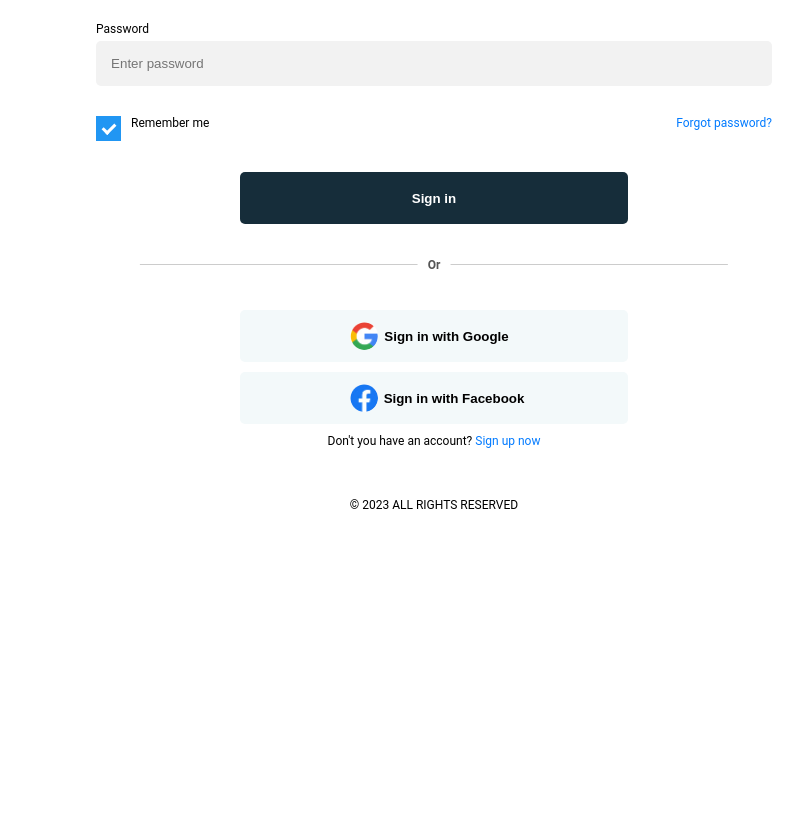
Repository: dinhtanloc/hw_web_development
Page: hw2-login-page/login.html
These files come from the project's save history. The page is drawn as it stood at one moment and after the next save; the edit follows.
The browser window is 768 px wide. The page is 795 px wide, so the pictures cover 795 px, including what lies to the right of the window. The pictures show the whole page.

Above is the page before, as saved 2024-03-13 22:10:37.

### hw2-login-page/login.html
<!DOCTYPE html>
<html lang="en">
<head>
    <meta charset="UTF-8">
    <meta name="viewport" content="width=device-width, initial-scale=1.0">
    <link rel="stylesheet" href="https://fonts.googleapis.com/css2?family=Material+Symbols+Outlined:opsz,wght,FILL,GRAD@24,400,0,0" />
    <title>Dinh Tan Loc-31221020226</title>
    <link href="style.css" rel="stylesheet" />
</head>
<body>
    <div class="container">
        <div class="left-part">
            <div class="left-part-container">
                <div style=" width: 100%; height: 50%;">

                    <h1 style="margin-top: 30px;">Welcome Back
                        <span class="material-symbols-outlined">
                            waving_hand
                            </span>

                    </h1>
                    <p style ="margin-top: 30px;">Today is a new day. It's your day. You shape it. Sign in to start managing your project</p>
                    <div style="display: flex; flex-direction: column;">
                        <span>Email</span>
                        <input class="input-field" placeholder="Email or phone number"/>
                    </div>
                    <div style="margin-top:30px ;display: flex; flex-direction: column;">
                        <span>Password</span>
                        <input class="input-field" placeholder="Enter password" />
                    </div>
                    <div style="margin-top:30px; display: flex; justify-content: space-between;">

                        <label class="radio-container">Remember me
                            <input type="checkbox" checked="checked">
                            <span class="checkmark"></span>
                          </label>
                        <a>
                            Forgot password?
                        </a>

                    </div>

                    <button  class="sign-in-btn">Sign in</button>

                    <div class="centered">
                        <div class="line-or">
                            <div class="line"></div>
                            <div class="text">Or</div>
                            <div class="line"></div>
                        </div>
                    </div>


                    <button style="margin-top: 45px; position: relative;" class="google-login">
                        <img style="position: absolute; top: 50%; left: 110px; transform: translateY(-50%); width: 28px; height: 28px;" src="images/google.png" alt="">
                        <span style="margin-left: 25px;">Sign in with Google</span>
                    </button>

                    <button style="margin-top: 10px; position:relative;" class="facebook-login">
                        <img style="position: absolute; top: 50%; left: 110px; transform: translateY(-50%); width: 28px; height: 28px;" src="images/facebook.jpg" alt="">
                        <span style="margin-left: 40px;">Sign in with Facebook</span>

                    </button>
                    <div style="text-align: center; margin-top:10px;margin-bottom: 50px; position: relative;">
                        Don't you have an account?
                        <a>Sign up now</a>
                    </div>
                    <div  class="left-footer" >
                        <div>
                            © 2023 ALL RIGHTS RESERVED

                        </div>
                </div>

                </div>
            </div>
        </div>
        <div class="right-part">
            <img src="./images/background.jpg" />
        </div>


    </div>

</body>
</html>

### hw2-login-page/style.css
body{
    font-family: "Roboto", sans-serif;
}
.container{
    display: grid;
    grid-template-columns: 1fr 1fr; /* Tạo hai cột có kích thước bằng nhau */
    justify-items: center; /* Canh giữa các phần tử theo chiều ngang */
    align-items: center; /* Canh giữa các phần tử theo chiều dọc */
    height: 100vh; /* Chiều cao của container */


}



img {
    width: 100%;
    height: 100vh;
    border-radius: 30px;
}
.left-part{
    top: -220px;
    left: 50px;
    position: relative;
    display: flex;
    justify-content: center; /* Canh giữa theo chiều ngang */
    align-items: center; /* Canh giữa theo chiều dọc */
    background-color: white;
    width: 30vw;
    height: 50vh;
    /* display: block; */
}
.right-part{
    background-color: ffff;
    width: 43vw;
    height: 100%;
    justify-content: center;
    /* align-items: left;  */
    /* display: block; */
}

button {
    margin: auto;

}

.google-login, .facebook-login {
    align-items: center; /* Canh giữa theo chiều dọc */
}


.sign-in-btn,.google-login,.facebook-login{
    width: 388px;
    height:52px;
}

.left-part-container{
    padding: 3vw;
    width: 100%;
    height: 88%;
    display: flex;
    flex-direction: column;
    justify-content: space-between;
}


.left-footer{
    display: flex;
    /* justify-content: space-between; */
    justify-content: center;
    align-items: center;
    width: 100%
}

.input-field{
    background-color: #F2F2F2;
    border: 0;
    padding: 15px;
    border-radius: 5px;
    margin-top: 5px;
}
.sign-in-btn{
    background-color: #162D3A;
    border: 0;
    border-radius: 5px;
    padding: 15px;
    color: white;
    display: block;
    font-weight: bold;
    margin-top:30px;
}

 .centered {
  width: 90%;
  margin-top: 40px;
  position: relative;
  left: 50%;

  transform: translateX(-50%);
}

.line-or {
  display: flex;
  align-items: center;
}


.text {
  padding: 0 10px;
  color: #555;
  font-weight: bold;
}


.line {
  flex: 1;
  /* width: 50%; */
  border: none;
  border-top: 1px solid #ccc;
  margin: 0 10px;

}


.text {
  font-weight: bold;
  position: absolute;
  top: 50%;
  left: 50%;
  transform: translate(-50%, -50%);
  background-color: white;
  padding: 5px 10px;
}


span{
    color: #000;
}


.google-login{
    background-color: #F3F9FA;
    border: 0;
    border-radius: 5px;
    padding: 15px;
    color: white;
    display: block;
    font-weight: bold;
    margin-top:30px;
}

.facebook-login{
    background-color: #F3F9FA;
    border: 0;
    border-radius: 5px;
    padding: 15px;
    color: white;
    display: block;
    font-weight: bold;
    margin-top:30px
}

a{
    color: #007AFF;
}

.radio-container {
    display: block;
    position: relative;
    padding-left: 35px;
    margin-bottom: 12px;
    cursor: pointer;
    -webkit-user-select: none;
    -moz-user-select: none;
    -ms-user-select: none;
    user-select: none;
  }

  /* Hide the browser's default checkbox */
  .radio-container input {
    position: absolute;
    opacity: 0;
    cursor: pointer;
    height: 0;
    width: 0;
  }

  /* Create a custom checkbox */
  .checkmark {
    position: absolute;
    top: 0;
    left: 0;
    height: 25px;
    width: 25px;
    background-color: #eee;
  }

  /* On mouse-over, add a grey background color */
  .radio-container:hover input ~ .checkmark {
    background-color: #ccc;
  }

  /* When the checkbox is checked, add a blue background */
  .radio-container input:checked ~ .checkmark {
    background-color: #2196F3;
  }

  /* Create the checkmark/indicator (hidden when not checked) */
  .checkmark:after {
    content: "";
    position: absolute;
    display: none;
  }

  /* Show the checkmark when checked */
  .radio-container input:checked ~ .checkmark:after {
    display: block;
  }

  /* Style the checkmark/indicator */
  .radio-container .checkmark:after {
    left: 9px;
    top: 5px;
    width: 5px;
    height: 10px;
    border: solid white;
    border-width: 0 3px 3px 0;
    -webkit-transform: rotate(45deg);
    -ms-transform: rotate(45deg);
    transform: rotate(45deg);
  }


  @media screen and (max-width: 1200px) {
    .right-part{
        visibility: hidden;
        width: 0px;
        height: 0px;
    }
    .container{
        display: block;
    }
    .left-part{
        width: 94vw;
        font-size: 2.5vh
    }
  }

  @media screen and (max-width: 844px) {
    .right-part{
        visibility: hidden;
        width: 0px;
        height: 0px;
    }
    .container{
        display: block;
    }
    .left-part{
        width: 94vw;
        font-size: 1.5vh
    }
  }

After the next save:
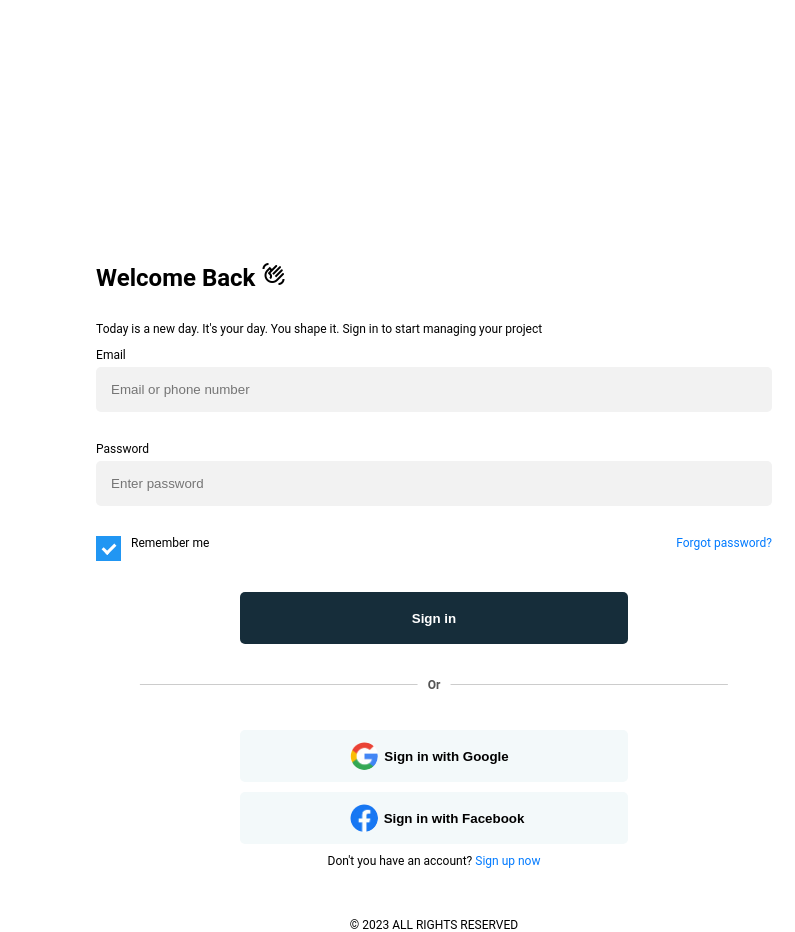
Saved 2 min 5 s later.
--- a/hw2-login-page/style.css
+++ b/hw2-login-page/style.css
@@ -256,7 +256,9 @@
         display: block;
     }
     .left-part{
+
         width: 94vw;
-        font-size: 1.5vh
-    }
-  }
+        font-size: 1.5vh;
+        top: 200px;
+    }
+  }

After the 3 saves that followed:
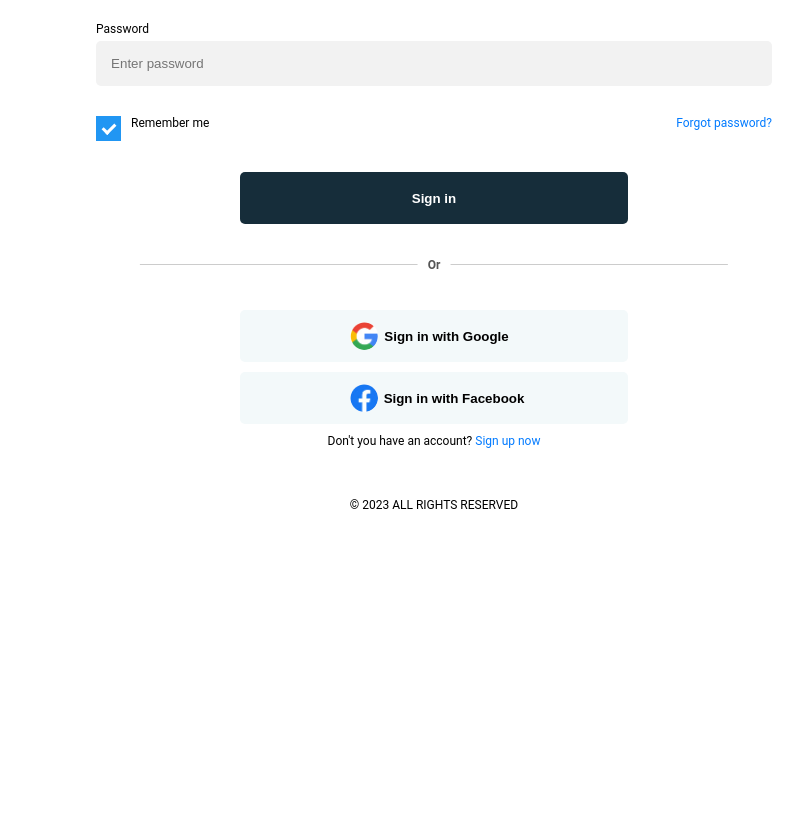
The 3 saves are shown as one change because 1 left the picture as it was and some came seconds apart.
The last was saved 27 s later.
--- a/hw2-login-page/style.css
+++ b/hw2-login-page/style.css
@@ -259,6 +259,5 @@
 
         width: 94vw;
         font-size: 1.5vh;
-        top: 200px;
-    }
-  }
+    }
+  }
